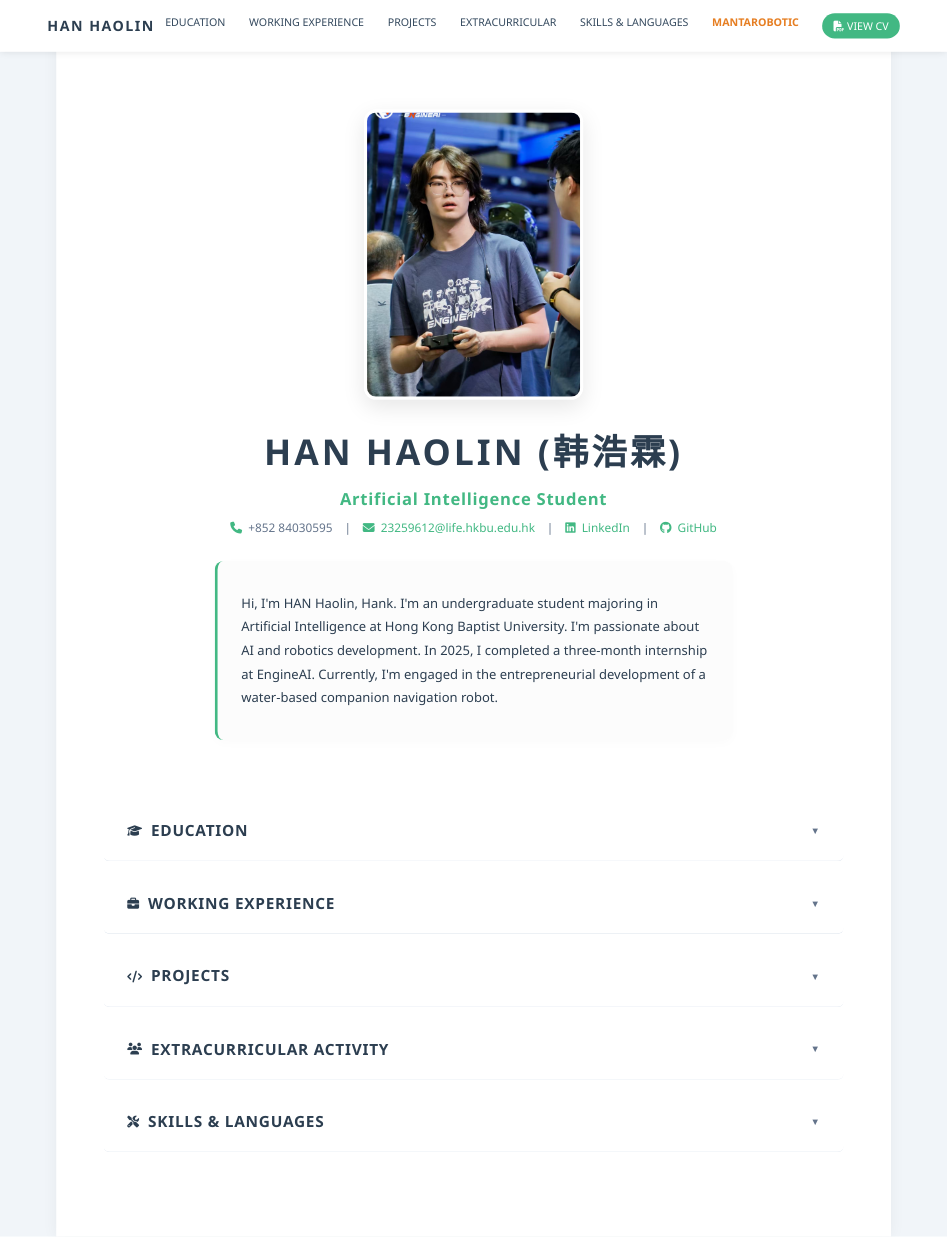
Repository: hhl2802149944-afk/hhl2802149944-afk.github.io
Page: /
These files come from the project's save history. The page is drawn as it stood at one moment and after the next save; the edit follows.
The browser window is 1280 px wide. The pictures show the whole page, at 74% of full size.
The project was rebuilt for these pictures with package versions that can differ from the ones it lists, and the page was loaded fresh each time. Also part of the build but not shown: vite.config.js, src/components/ProjectCard.vue, src/views/MantaRoboticView.vue.

Above is the page before, as saved 2026-01-21 15:40:22.

After the next save:
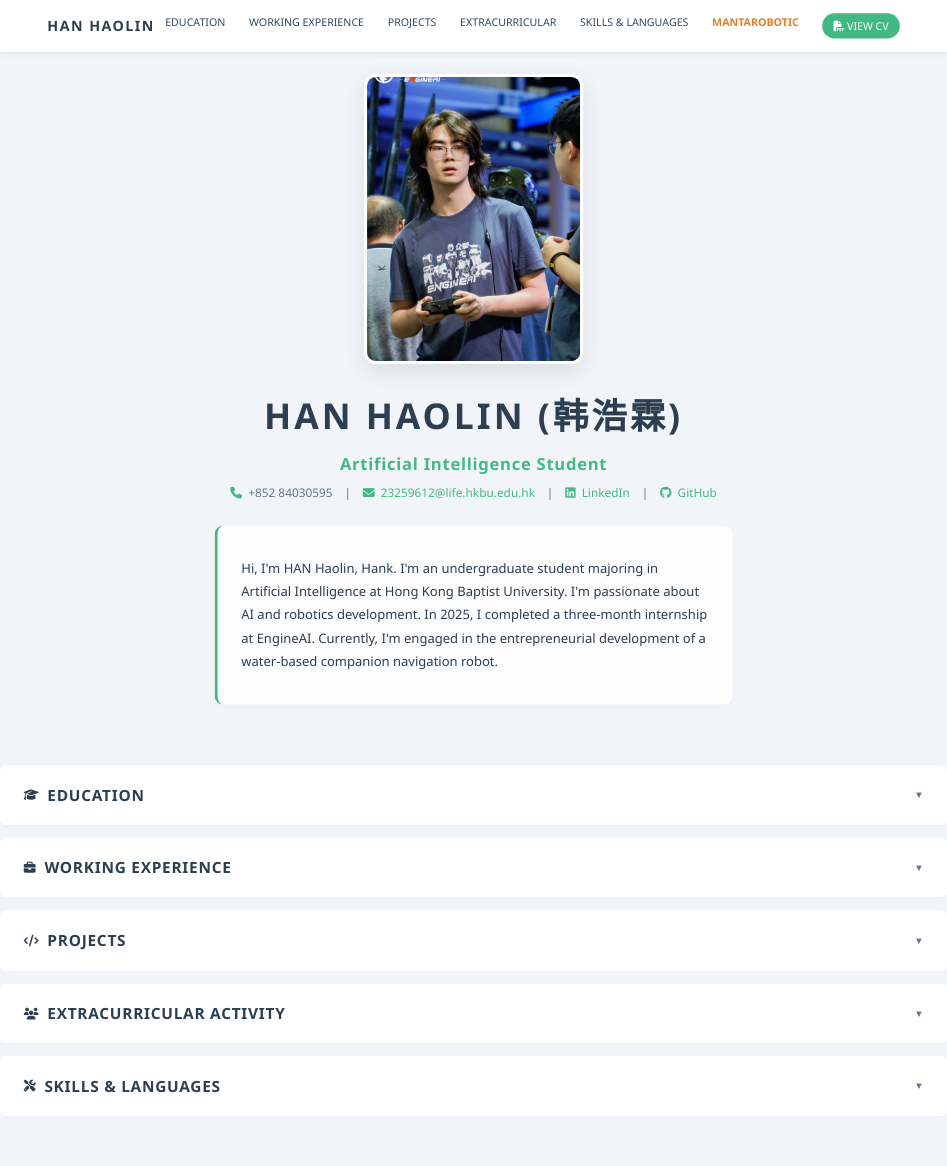
Saved 32 s later.
--- a/src/assets/main.css
+++ b/src/assets/main.css
@@ -17,7 +17,7 @@ body {
   line-height: 1.6;
 }
 
-#app {
+.home {
   max-width: 1000px;
   margin: 0 auto;
   min-height: 100vh;
